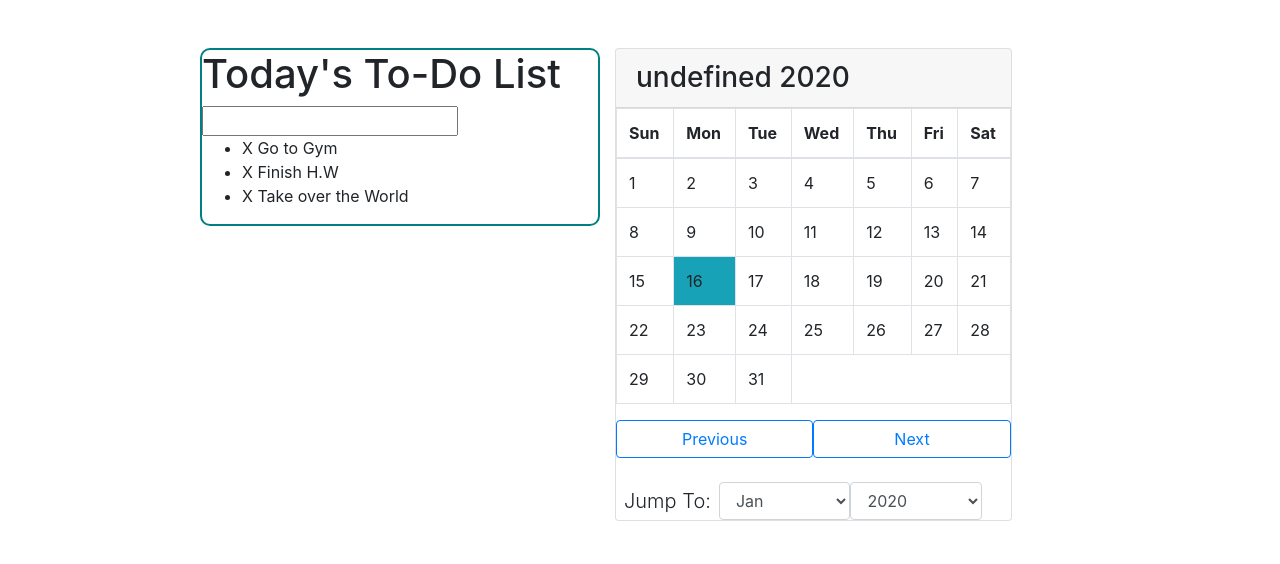
Repository: kkyler24/DayPlanner
Page: Index.html
These files come from the project's save history. The page is drawn as it stood at one moment and after the next save; the edit follows.
The browser window is 1280 px wide. The pictures show the whole page.
Some web libraries are served in a nearby version.

Above is the page before, as saved 2020-03-25 16:50:30.

### Index.html
<!DOCTYPE html>
<html lang="en">
<head>
    <meta charset="UTF-8">
    <meta name="viewport" content="width=device-width, initial-scale=1.0">
    <script type="text/javascript" src="Assets/todoJS/Lib/jquery-3.4.1.min.js" ></script>
    <!-- Style Sheets -->
    <link rel="stylesheet" href="https://maxcdn.bootstrapcdn.com/bootstrap/4.0.0/css/bootstrap.min.css" integrity="sha384-Gn5384xqQ1aoWXA+058RXPxPg6fy4IWvTNh0E263XmFcJlSAwiGgFAW/dAiS6JXm" crossorigin="anonymous">
    <link rel="stylesheet" type="text/CSS" href="Assets/todocss/todostyles.css">
    <link rel="stylesheet"  type="text/CSS" href="style.css">
    <title>Planner</title>
</head>
<body>
<Main>
<!-- todo list Set up -->
<Div>
<Section>
    <div id="ContainerTodo">
        <H1>Today's To-Do List</H1>
        <input type="text">
        <ul>
            <li><span>X</span> Go to Gym</li>
            <li><span>X</span> Finish H.W</li>
            <li><span>X</span> Take over the World</li>
        </ul>





         </div>
 <!-- calendar set up -->
    <div class="container col-sm-4 col-md-7 col-lg-4 mt-5">
        <div class="card">
            <h3 class="card-header" id="monthAndYear"></h3>
            <table class="table table-bordered table-responsive-md" id="calendar">
                <thead>
                <tr>
                    <th>Sun</th>
                    <th>Mon</th>
                    <th>Tue</th>
                    <th>Wed</th>
                    <th>Thu</th>
                    <th>Fri</th>
                    <th>Sat</th>
                </tr>
                </thead>

                <tbody id="calendar-body">

                </tbody>
            </table>

            <div class="form-inline">

                <button class="btn btn-outline-primary col-sm-6" id="previous" onclick="previous()">Previous</button>

                <button class="btn btn-outline-primary col-sm-6" id="next" onclick="next()">Next</button>
            </div>
            <br/>
            <form class="form-inline">
                <label class="lead mr-2 ml-2" for="month">Jump To: </label>
                <select class="form-control col-sm-4" name="month" id="month" onchange="jump()">
                    <option value=0>Jan</option>
                    <option value=1>Feb</option>
                    <option value=2>Mar</option>
                    <option value=3>Apr</option>
                    <option value=4>May</option>
                    <option value=5>Jun</option>
                    <option value=6>Jul</option>
                    <option value=7>Aug</option>
                    <option value=8>Sep</option>
                    <option value=9>Oct</option>
                    <option value=10>Nov</option>
                    <option value=11>Dec</option>
                </select>


                <label for="year"></label><select class="form-control col-sm-4" name="year" id="year" onchange="jump()">

                <option value=2020>2020</option>
                <option value=2021>2021</option>
                <option value=2022>2022</option>
                <option value=2023>2023</option>
                <option value=2024>2024</option>
                <option value=2025>2025</option>
                <option value=2026>2026</option>
                <option value=2027>2027</option>
                <option value=2028>2028</option>
                <option value=2029>2029</option>
                <option value=2030>2030</option>
                <option value=2030>2030</option>
                <option value=2030>2030</option>
                <option value=2030>2030</option>
                <option value=2030>2030</option>
            </select></form>
        </div>
    </div>
    <!--<button name="jump" onclick="jump()">Go</button>-->
</sectiontwo>
</Div>
</Main>
<script src="https://code.jquery.com/jquery-3.2.1.slim.min.js" integrity="sha384-KJ3o2DKtIkvYIK3UENzmM7KCkRr/rE9/Qpg6aAZGJwFDMVNA/GpGFF93hXpG5KkN" crossorigin="anonymous"></script>
<script src="https://cdnjs.cloudflare.com/ajax/libs/popper.js/1.12.9/umd/popper.min.js" integrity="sha384-ApNbgh9B+Y1QKtv3Rn7W3mgPxhU9K/ScQsAP7hUibX39j7fakFPskvXusvfa0b4Q" crossorigin="anonymous"></script>
<script src="https://maxcdn.bootstrapcdn.com/bootstrap/4.0.0/js/bootstrap.min.js" integrity="sha384-JZR6Spejh4U02d8jOt6vLEHfe/JQGiRRSQQxSfFWpi1MquVdAyjUar5+76PVCmYl" crossorigin="anonymous"></script>

<Script type="text/javascript" src="javascript.js"></Script>
<Script type="text/javascript" src="Assets/todo JS/todo.js"></Script>
</body>
</html>

### Assets/todocss/todostyles.css
#ContainerTodo{
  border: 2px solid teal ;
  border-radius:10px ;
  width: 400px;
  margin-top:3rem;
  margin-left:200px ;
  float: left;

}

### style.css
.container{
    margin-right: 150px;
    margin-top: 3rem;
    float: left;

}

### javascript.js
let today = new Date();
let currentMonth = today.getMonth();
let currentYear = today.getFullYear();
let selectYear = document.getElementById("year");
let selectMonth = document.getElementById("month");


let months = ["January", "February", "March", "April", "May", "June", "July", "August", "September", "October", "November", "December"];

let monthAndYear = document.getElementById("monthAndYear");
showCalendar(currentMonth, currentYear);

function showCalendar(month, year){

    let firstDay =(new Date(year, month)).getDay();
    let daysInMonth = 32- new Date(year, month, 32).getDate();

    // -->body of the Calendar<--
    let tbl = document.getElementById("calendar-body");


// -->clear previous cells, for new month<--
    tbl.innerHTML="";

    monthAndYear.innerHTML= months[months]+" "+ year;

    // --> create cells for Calendar<--
    let date = 1;
    for(let i = 0; i < 6; i++){
        let row  = document.createElement("tr");
        // --> creating table rows. not really sure about the 6 part. inquire why you need a 6 and not a 7-->

        // creating indivdual cells, and putting data in them.

        for(let j = 0; j < 7; j++){
            if(i===0 && j< firstDay){
                let cell = document.createElement("td");
                let cellText = document.createTextNode("");
                cell.appendChild(cellText);
                row.appendChild(cell);
            }
            else if(date > daysInMonth)
             { break;

        }
        else {
            let cell = document.createElement("td");
            let cellText = document.createTextNode(date);
            if(date ===today.getDate() && year === today.getFullYear() && month === today.getMonth()){
                cell.classList.add
                // --> bootstrap colors, try to get a wider variety of colors <--
                ("bg-info");
            }
            cell.appendChild(cellText);
            row.appendChild(cell);


        }
        date++;

        }

        tbl.appendChild(row);

    }

}

function previous(){
    currentYear =( currentMonth === 0)? currentYear -1 : currentYear;
    currentMonth = currentMonth === 0? 11:currentMonth-1;
    showCalendar(currentMonth, currentYear);
}

function next(){
    currentYear = (currentMonth ===11)? currentYear + 1: currentYear;
    currentMonth = (currentMonth + 1) % 12;
    showCalendar (currentMonth, currentYear);

}
// To do list set up

Loaded but not shown: Assets/todo JS/Lib/jquery-3.4.1.min.js (library); Assets/todo JS/todo.js (no stored copy; drawn as an empty file)

After the next save:
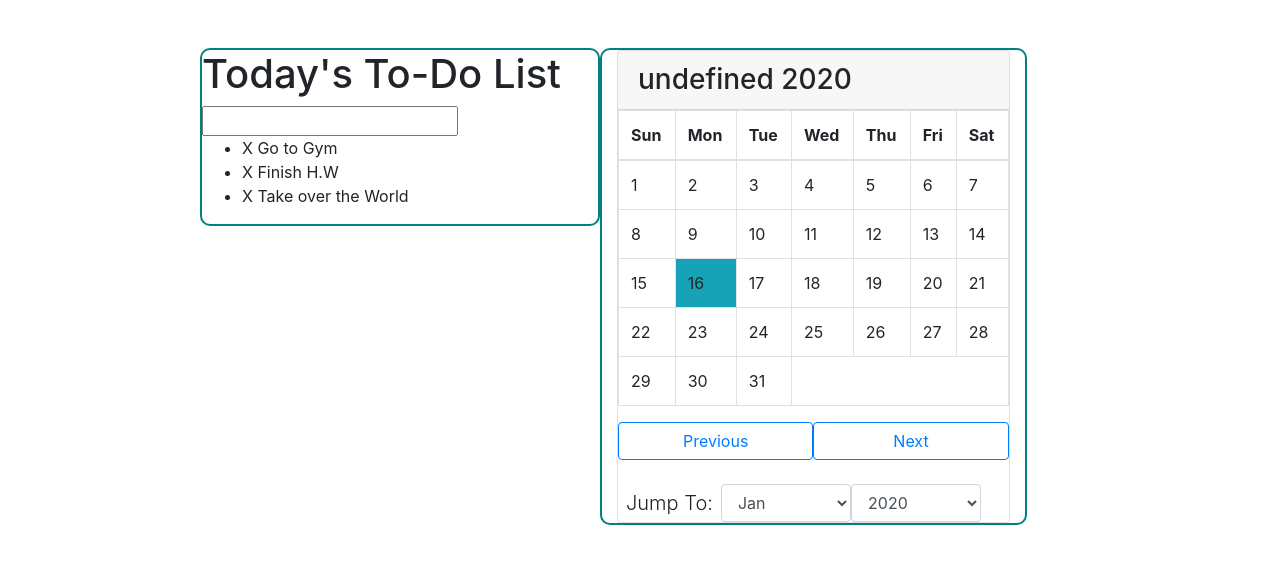
Saved 37 s later.
--- a/style.css
+++ b/style.css
@@ -2,5 +2,6 @@
     margin-right: 150px;
     margin-top: 3rem;
     float: left;
-
+    border: 2px solid teal;
+    border-radius: 10px;
 }
